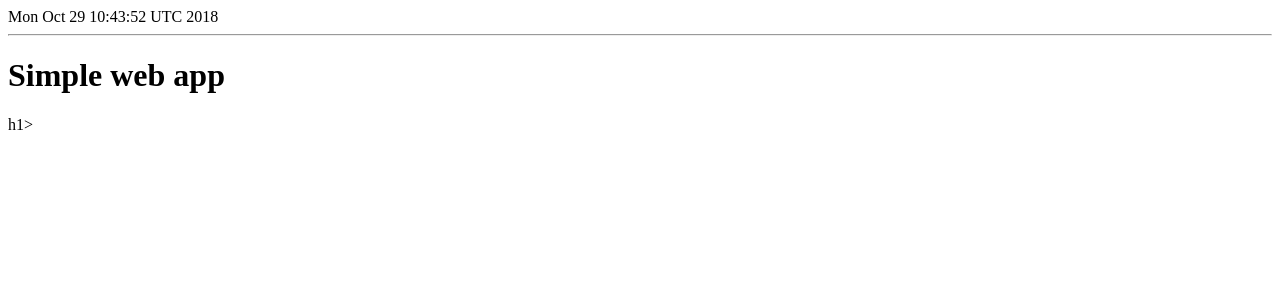
Repository: deekshasethi02/CoreJava
Page: http://localhost/FirstJSPApplication/
These files come from the project's save history. The page is drawn as it stood at one moment and after the next save; the edit follows.
The browser window is 1280 px wide. The pictures show the whole page.
The page is served by Tomcat 9.

Above is the page before, as saved 2018-11-03 10:29:03.

After the next save:
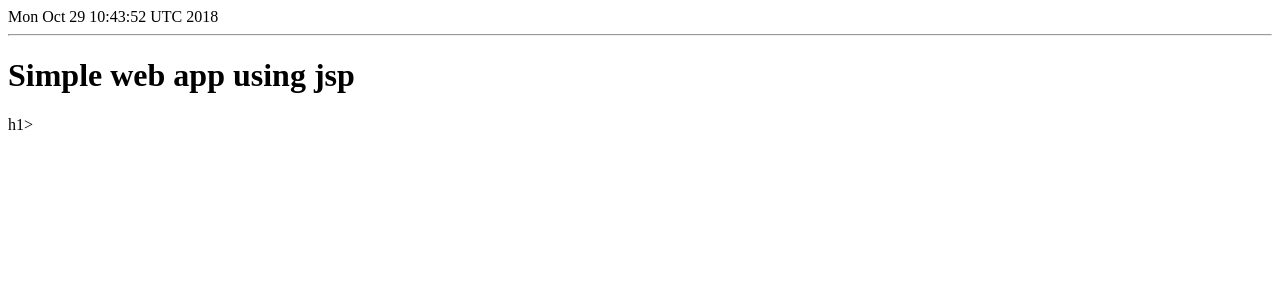
Saved 14 s later.
--- a/FirstJSPApplication/WebContent/index.jsp
+++ b/FirstJSPApplication/WebContent/index.jsp
@@ -10,6 +10,6 @@
 <body>
 <%=new Date() %>
 <hr>
-<h1>Simple web app </h1>h1>
+<h1>Simple web app using jsp</h1>h1>
 </body>
 </html>
